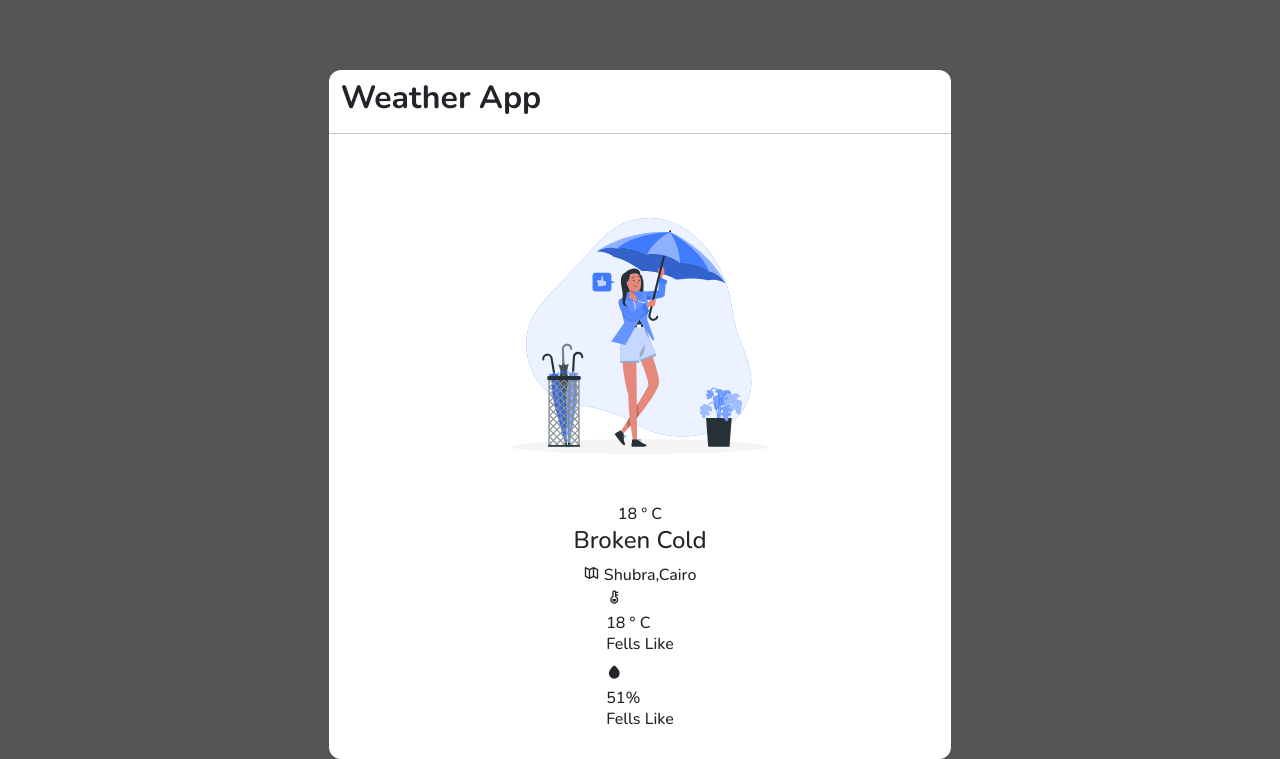
Repository: youssef168/Weather-App
Page: index.htm
An editor plug-in stored every save of this project. The page is shown before and after the next save, followed by the edit.
The browser window is 1280 px wide. The pictures show the whole page.

Above is the page before, as saved 2021-12-28 19:59:55.

### index.htm
<!DOCTYPE html>
<html lang="en">
<head>
    <meta charset="UTF-8">
    <meta http-equiv="X-UA-Compatible" content="IE=edge">
    <meta name="viewport" content="width=device-width, initial-scale=1.0">
    <link href="https://cdn.jsdelivr.net/npm/bootstrap@5.1.3/dist/css/bootstrap.min.css" rel="stylesheet" integrity="sha384-1BmE4kWBq78iYhFldvKuhfTAU6auU8tT94WrHftjDbrCEXSU1oBoqyl2QvZ6jIW3" crossorigin="anonymous">
    <link rel="preconnect" href="https://fonts.googleapis.com">
    <link rel="preconnect" href="https://fonts.gstatic.com" crossorigin>
    <link href="https://fonts.googleapis.com/css2?family=Nunito:ital,wght@0,300;0,500;0,600;0,700;0,900;1,200;1,300;1,400;1,500;1,700&family=Work+Sans:ital,wght@1,400;1,600&display=swap" rel="stylesheet">
    <link rel="stylesheet" href="./style.css">
    <link href='https://unpkg.com/boxicons@2.1.1/css/boxicons.min.css' rel='stylesheet'>

    <title>Document</title>
</head>
<body>
    <div class="container">
        <div class='row super'>
            <h2>Weather App</h2>
            <hr>
          <div class='col'>
              <div class="wearher-img">
                  <img class="w-100" src="./Umbrella-rafiki.svg" alt="">
              </div>
              <div class="weather-details">
                  <span class="degree">18</span>
                  <span class="sign">°</span>
                  <span class="sign-2">
                    C
                  </span>
                </div>
                <h4>Broken Cold</h4>
              <div class="location">
                <i class='bx bx-map-alt'></i>
                <span>Shubra,Cairo</span>
              </div>
              <div class="detail-box">
                  <div class="column fellLike">
                    <i class='bx bxs-thermometer'></i>
                    <div class="innerFeild">
                        <span class="degree-2">18</span>
                        <span class="sign">°</span>
                        <span class="sign-2">
                          C
                        </span>
                    </div>
                    <h6>Fells Like</h6>
                  </div>
              </div>
              <div class="detail-box">
                  <div class="column Humidity">
                    <i class='bx bxs-droplet'></i>
                    <div class="innerFeild">
                        <span class="degree-3">51%</span>
                    </div>
                    <h6>Fells Like</h6>
                  </div>
              </div>
          </div>
    </div>

    <script src="./script.js"></script>
    <script src="https://cdn.jsdelivr.net/npm/bootstrap@5.1.3/dist/js/bootstrap.bundle.min.js" integrity="sha384-ka7Sk0Gln4gmtz2MlQnikT1wXgYsOg+OMhuP+IlRH9sENBO0LRn5q+8nbTov4+1p" crossorigin="anonymous"></script>
</body>
</html>

### style.css
/* Start Global Rules */
body {
    font-family: 'Nunito', sans-serif;
    background: #555

}



.super {
    margin: auto;
    margin-top: 70px;
    width: fit-content;
    background: #fff;
    border-radius: 12px;
    /* background-image: url('./blob.svg');
    background-repeat: no-repeat;
    background-size: covere; */
}

/* end Global Rules */

h2 {
    font-weight: bold !important;
    /* font-size: 3.6rem !important; */
    line-height: 55px ;
}

.container {
    padding: 0;
}

.wearher-img {
    width: 330px;
}

.col {
    padding: 22px;
    display: flex !important;
    flex-direction: column;
    justify-content: center;
    align-items: center;
}

Loaded but not shown: script.js (no copy from this time; the picture is the same without it)

After the next save:
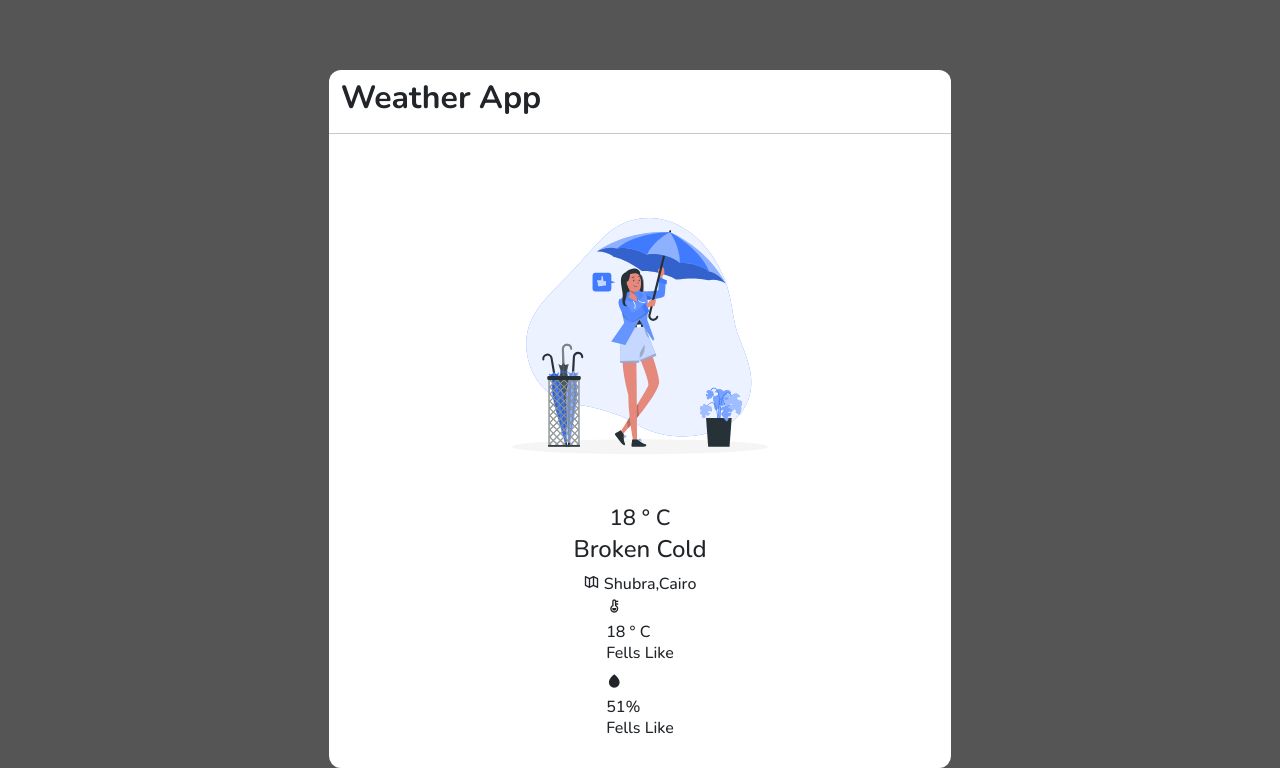
Saved 22 s later.
--- a/style.css
+++ b/style.css
@@ -41,3 +41,7 @@ h2 {
     justify-content: center;
     align-items: center;
 }
+
+.weather-details {
+    font-size: 22px;
+}
